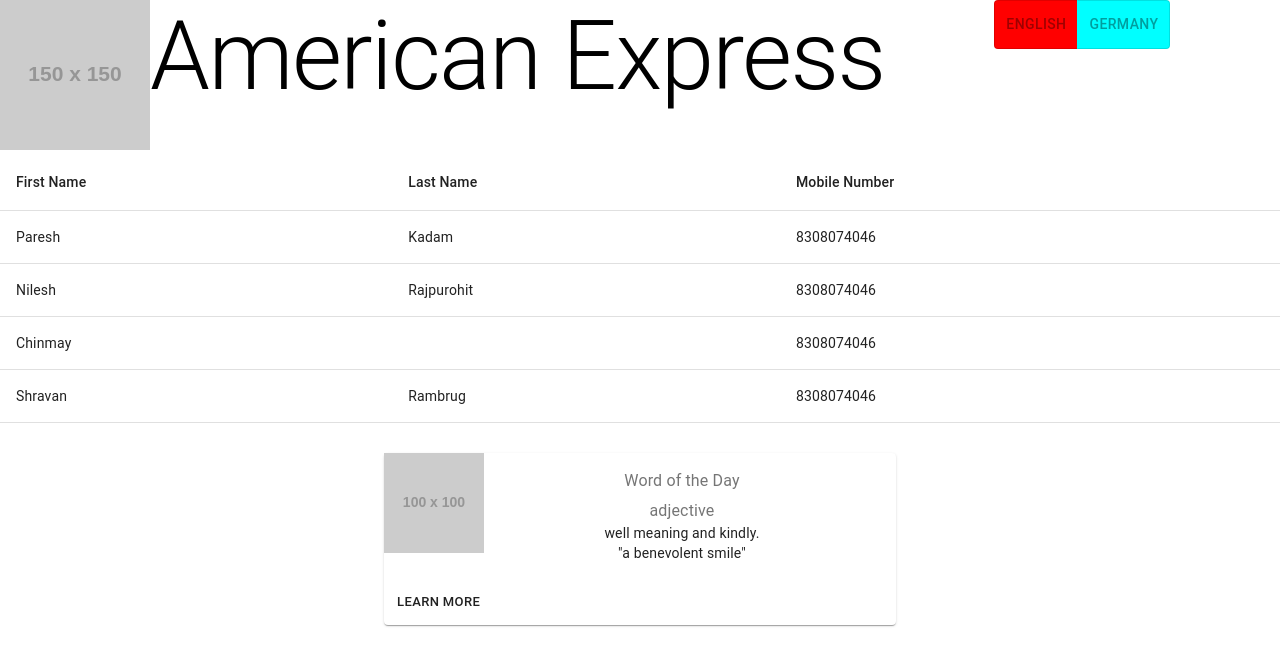
Repository: tavisca-pkadam/contentful-example
Page: /
These files come from the project's save history. The page is drawn as it stood at one moment and after the next save; the edit follows.
The browser window is 1280 px wide. The pictures show the whole page.
The project was rebuilt for these pictures with package versions that can differ from the ones it lists, and the page was loaded fresh each time.

Above is the page before, as saved 2019-09-24 10:37:12.

### src/App.js
import React from 'react';
import logo from './logo.svg';
import './App.css';
import Header from './template/Header'
import Content from './template/Content'

function App() {
  return (
    <div className="App" >
     <Header/>
     <Content/>
    </div>
  );
}

export default App;

### src/template/Header.js
import React from 'react';
import { Grid, Typography } from '@material-ui/core';
import HeaderText from '../components/Header/HeaderText'
import Logo from '../components/Header/Logo'
import Locale from '../components/Header/Locale'

export default class Header extends React.PureComponent {
  render() {
    return (
        <div >
           <Logo/>
           <HeaderText/>
            <Locale/>
        </div>
    );
  }
}

### src/template/Content.js
import React from 'react';
import { Grid, Typography } from '@material-ui/core';
import NameList from '../components/Content/NameList'
import Banner from '../components/Content/Banner'


export default class Header extends React.PureComponent {
  render() {
    return (
        <div >
           <NameList/>
            <Banner/>
        </div>
    );
  }
}

### src/components/Header/HeaderText.js
import React from 'react';
import { Grid, Typography } from '@material-ui/core';

export default class HeaderText extends React.PureComponent {
  render() {
    return (
        <div style={{float:"left"}}>
          <Typography variant="h1" component="h2">
            American Express
        </Typography>
        </div>
    );
  }
}

### src/components/Header/Logo.js
import React from 'react';
import { Grid, Typography } from '@material-ui/core';

export default class HeaderText extends React.PureComponent {
  render() {
    return (
        <div style={{float:"left"}}>
          <img src="https://via.placeholder.com/150"/>
        </div>
    );
  }
}

### src/components/Header/Locale.js
import React from 'react';
import { Grid, Typography } from '@material-ui/core';
import ToggleButton from '@material-ui/lab/ToggleButton';
import ToggleButtonGroup from '@material-ui/lab/ToggleButtonGroup';

import List from '@material-ui/core/List';
import ListItem from '@material-ui/core/ListItem';
import ListItemIcon from '@material-ui/core/ListItemIcon';
import ListItemText from '@material-ui/core/ListItemText';

export default class HeaderText extends React.PureComponent {
  render() {
    return (
        <div >
           <ToggleButtonGroup
            // value={alignment}
            exclusive
            // onChange={handleAlignment}
            aria-label="text alignment"
          >
            <ToggleButton value="left" aria-label="left aligned" style={{backgroundColor:"red"}}>
              English
            </ToggleButton>
            <ToggleButton value="right" aria-label="centered" style={{backgroundColor:"aqua"}}>
              Germany
            </ToggleButton>

          </ToggleButtonGroup>
        </div>
    );
  }
}

### src/components/Content/NameList.js
import React from 'react';
import { Grid, Typography } from '@material-ui/core';
import Table from '@material-ui/core/Table';
import TableBody from '@material-ui/core/TableBody';
import TableCell from '@material-ui/core/TableCell';
import TableHead from '@material-ui/core/TableHead';
import TableRow from '@material-ui/core/TableRow';


export default class NameList extends React.PureComponent {
    render() {
      return (
          <div >
             <Table >
        <TableHead>
          <TableRow>
            <TableCell  align="left">First Name</TableCell>
            <TableCell align="left">Last Name</TableCell>
            <TableCell align="left">Mobile Number</TableCell>

          </TableRow>
        </TableHead>
        <TableBody>
          {/* {rows.map(row => (
            <TableRow key={row.name}>
              <TableCell component="th" scope="row">
                {row.name}
              </TableCell>
              <TableCell align="right">{row.calories}</TableCell>
              <TableCell align="right">{row.fat}</TableCell>
              <TableCell align="right">{row.carbs}</TableCell>
              <TableCell align="right">{row.protein}</TableCell>
            </TableRow>
          ))} */}
           <TableRow key="1">
              <TableCell align="left">Paresh</TableCell>
              <TableCell align="left">Kadam</TableCell>
              <TableCell align="left">8308074046</TableCell>
            </TableRow>
           <TableRow key="2">
              <TableCell align="left">Nilesh</TableCell>
              <TableCell align="left">Rajpurohit</TableCell>
              <TableCell align="left">8308074046</TableCell>
            </TableRow>
           <TableRow key="3">
              <TableCell align="left">Chinmay</TableCell>
              <TableCell align="left"></TableCell>
              <TableCell align="left">8308074046</TableCell>
            </TableRow>
           <TableRow key="4">
              <TableCell align="left">Shravan</TableCell>
              <TableCell align="left">Rambrug</TableCell>
              <TableCell align="left">8308074046</TableCell>
            </TableRow>
        </TableBody>
      </Table>
          </div>
      );
    }
  }

### src/components/Content/Banner.js
import Paper from '@material-ui/core/Paper';
import React from 'react';
import Card from '@material-ui/core/Card';
import CardActions from '@material-ui/core/CardActions';
import CardContent from '@material-ui/core/CardContent';
import Button from '@material-ui/core/Button';
import Typography from '@material-ui/core/Typography';

export default class Banner extends React.PureComponent {
  render() {
    return (
        <div >
            <center>

         <Paper style={{width:"40%", marginTop:"30px"}}>
         <img src="https://via.placeholder.com/100" style={{float:"left"}}/>

      <CardContent>
        <Typography color="textSecondary" gutterBottom>
          Word of the Day
        </Typography>

        <Typography  color="textSecondary">
          adjective
        </Typography>
        <Typography variant="body2" component="p">
          well meaning and kindly.
          <br />
          {'"a benevolent smile"'}
        </Typography>
      </CardContent>
      <CardActions>
        <Button size="small">Learn More</Button>
      </CardActions>
         </Paper>
         </center>
        </div>
    );
  }
}

Loaded but not shown: public/index.html (common file); src/index.js (common file); src/index.css (common file); src/serviceWorker.js (common file); src/App.css (common file)

After the next save:
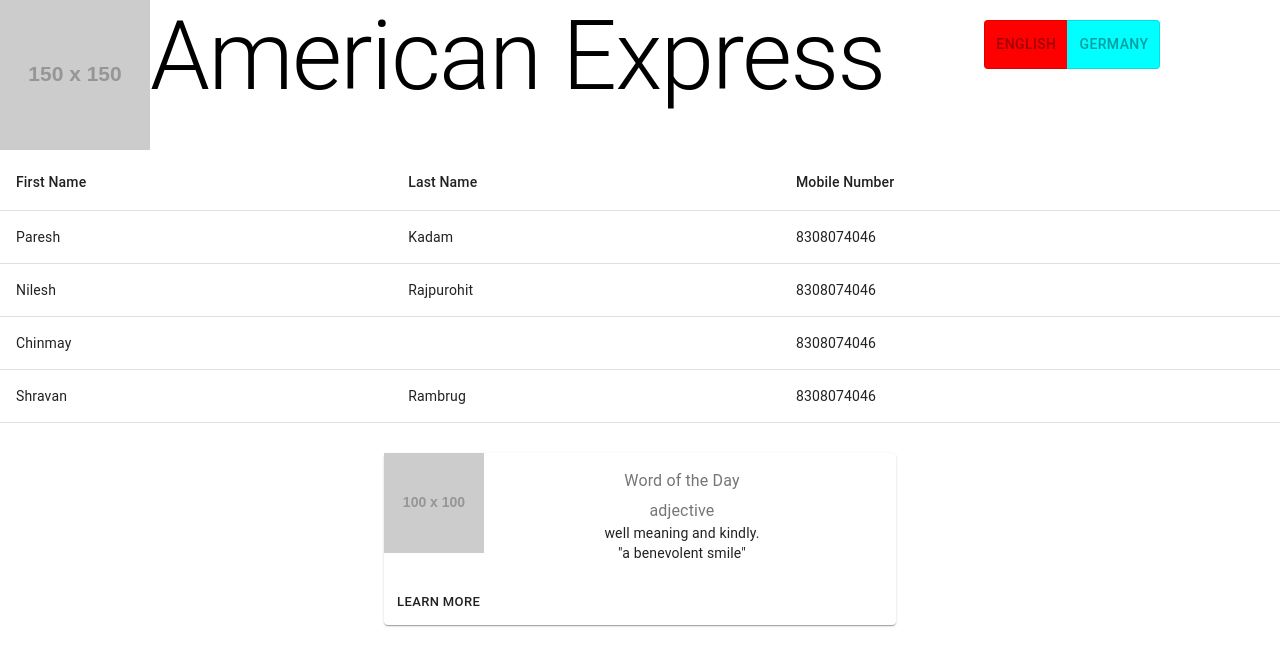
Saved 63 s later.
--- a/src/components/Header/Locale.js
+++ b/src/components/Header/Locale.js
@@ -8,10 +8,10 @@
 import ListItemIcon from '@material-ui/core/ListItemIcon';
 import ListItemText from '@material-ui/core/ListItemText';
 
-export default class HeaderText extends React.PureComponent {
+export default class Locale extends React.PureComponent {
   render() {
     return (
-        <div >
+        <div style={{padding:"20px"}}>
            <ToggleButtonGroup
             // value={alignment}
             exclusive
